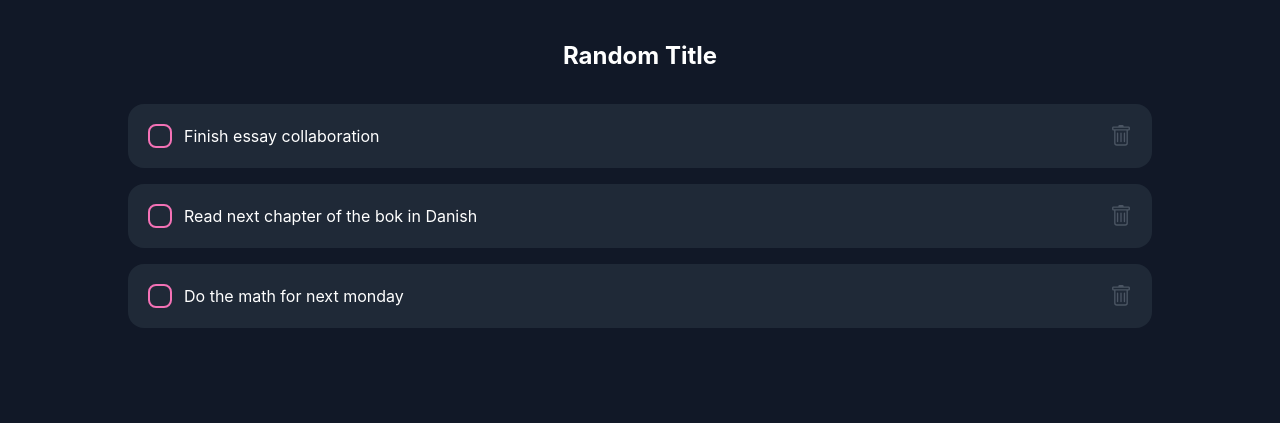
Repository: VachArt/react-exam-work
Page: /about
These files come from the project's save history. The page is drawn as it stood at one moment and after the next save; the edit follows.
The browser window is 1280 px wide. The pictures show the whole page.
The project was rebuilt for these pictures with package versions that can differ from the ones it lists, and the page was loaded fresh each time.

Above is the page before, as saved 2022-04-27 22:16:44.

After the next save:
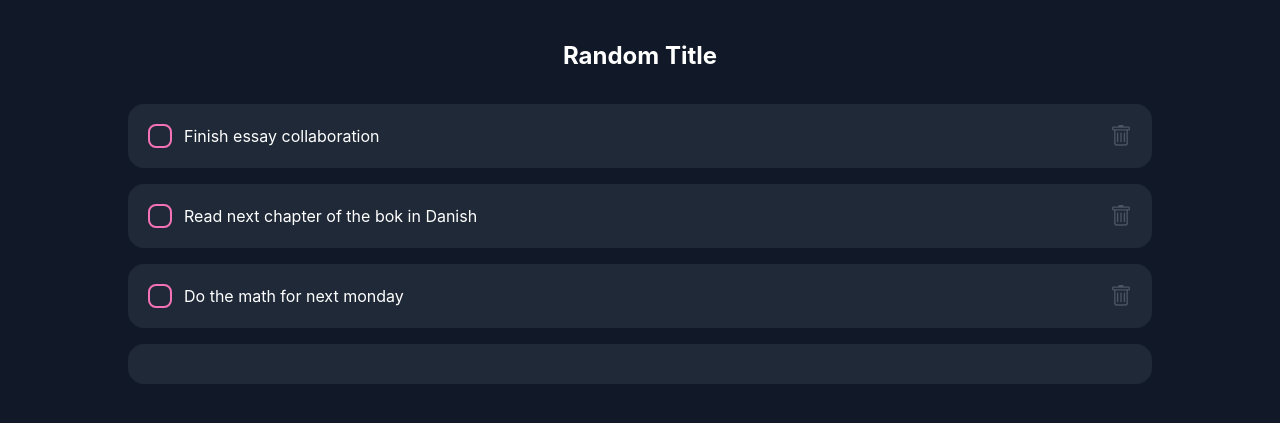
Saved 41 s later.
--- a/src/components/pages/Home/create-todo-field/CreateTodoField.jsx
+++ b/src/components/pages/Home/create-todo-field/CreateTodoField.jsx
@@ -2,7 +2,7 @@ import React from "react"
 
 const CreateTodoField = ({addTodo}) => {
     return (
-        <div></div>
+        <div className="'flex items-center justify-between mb-4 rounded-2xl bg-gray-800 p-5 w-full'"></div>
     )
 }
 
